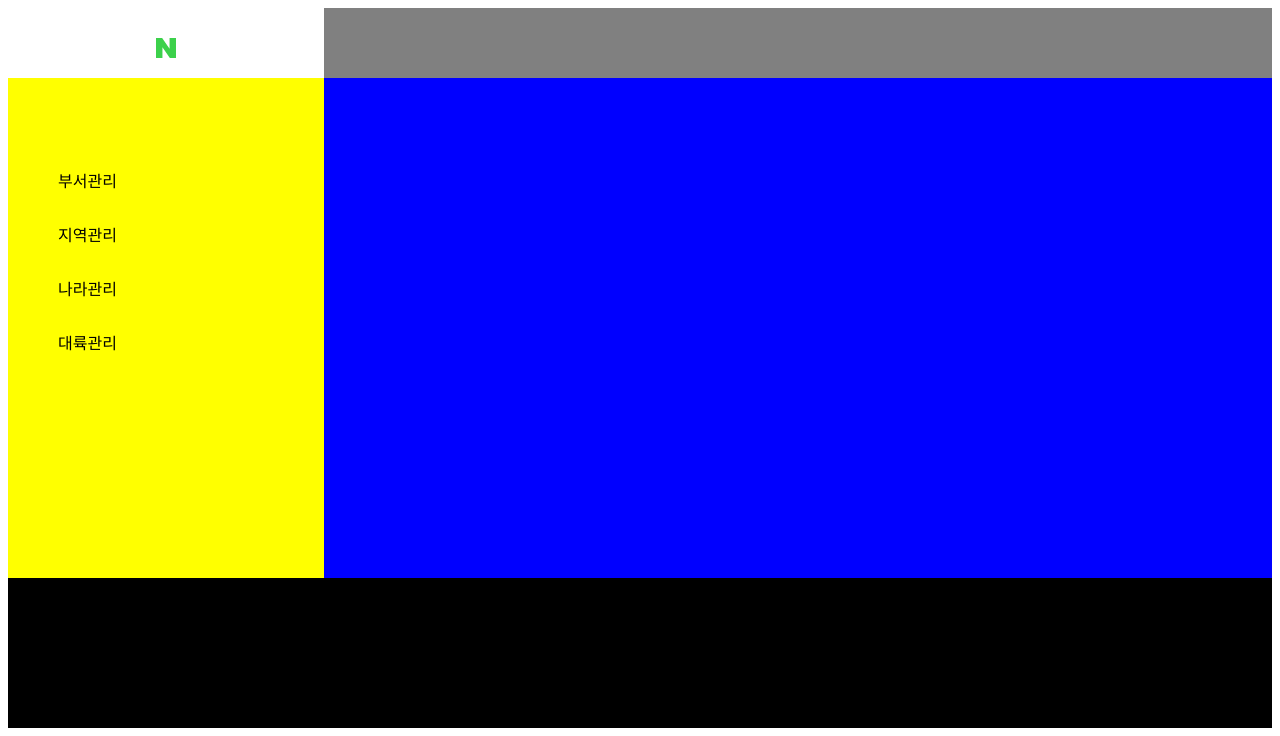
Repository: mireu930/Serverlet_App
Page: src/build/classes/webapp/template/layout.html
An editor plug-in stored every save of this project. The page is shown before and after the next save, followed by the edit.
The browser window is 1280 px wide. The pictures show the whole page.

Above is the page before, as saved 2025-02-07 11:49:46.

### src/build/classes/webapp/template/layout.html
<!DOCTYPE html>
<html lang="en">
<head>
  <meta charset="UTF-8">
  <meta name="viewport" content="width=device-width, initial-scale=1.0">
  <title>Document</title>
  <style>
    header {
  width: 100%;
  height: 70px;
  /* background-color: gray; */
}

.wrap_left{
  display: flex;
}

.left {
  width: 25%;
  height: 100%;

}

.right {
  width: 75%;
  height: 100%;
}

.logo {
  /* background-color:aqua; */
  box-sizing: border-box;
  /* padding: 20px 60px; */
}

.logo img {
  display: block;
  margin: 30px auto;
}

.menu {
  background-color:gray;

}

.content {
  width: 100%;
  height: 500px;
  /* background-color: red; */
}

.content_left {
  background-color:yellow;
  /* padding: auto 10px; */
}

.content_left ul {
  list-style: none;
  /* border: 1px black solid; */
  margin: 90px 10px;
}

.content_left ul li {
  margin: 30px 0;
}

.content_right {
  background-color:blue
}

footer {
  width: 100%;
  height: 150px;
  background-color: black;
}
  </style>
</head>
<body>
  <header class = "wrap_left">
    <div class = "left logo" >
      <img src = "/naver_sports/images/네이버.svg">
    </div>
    <div class = "right menu">

    </div>
  </header>
  <section class = "wrap_left content">
    <div class = "left content_left">
      <ul>
        <li>부서관리</li>
        <li>지역관리</li>
        <li>나라관리</li>
        <li>대륙관리</li>
      </ul>
    </div>
    <div class = " right content_right">

    </div>
  </section>
  <footer class = "wrap_left">
    <div class = "left footer_left">

    </div>
    <div class = "right footer_right">

    </div>
  </footer>

</body>
</html>

After the next save:
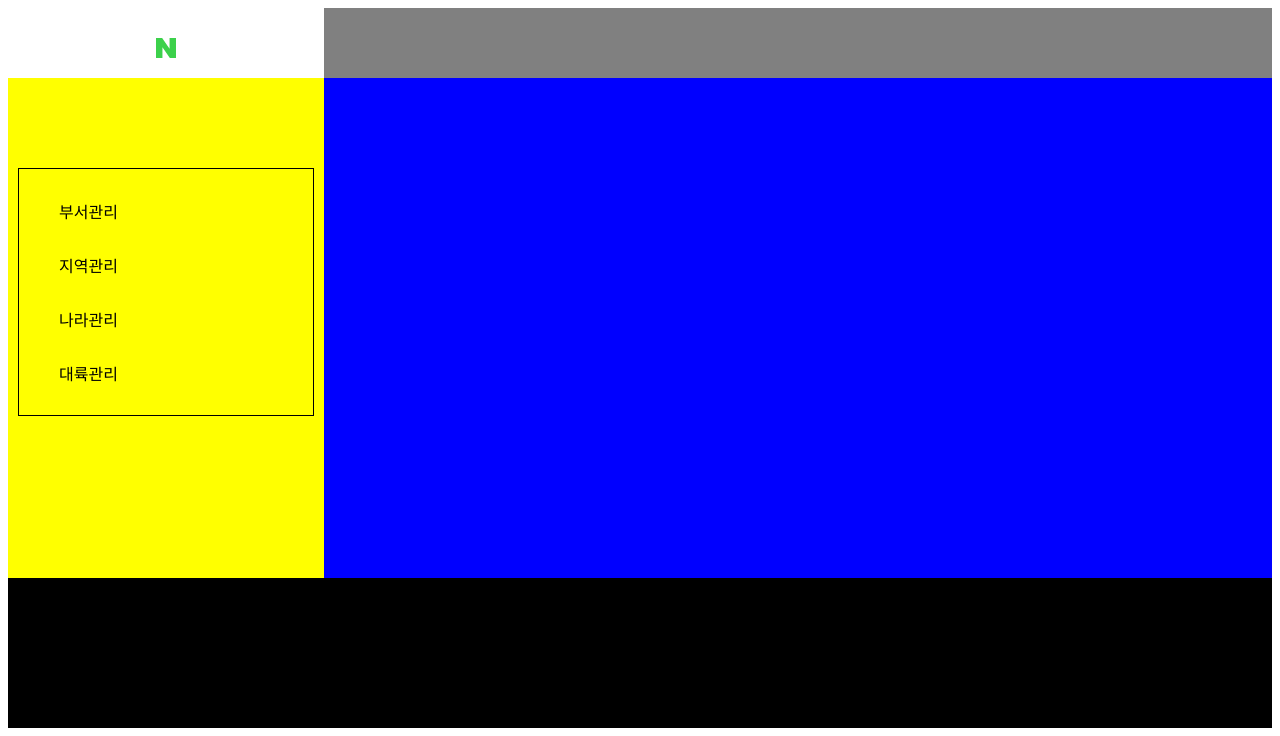
Saved 30 s later.
--- a/src/build/classes/webapp/template/layout.html
+++ b/src/build/classes/webapp/template/layout.html
@@ -55,7 +55,7 @@
 
 .content_left ul {
   list-style: none;
-  /* border: 1px black solid; */
+  border: 1px black solid;
   margin: 90px 10px;
 }
 
